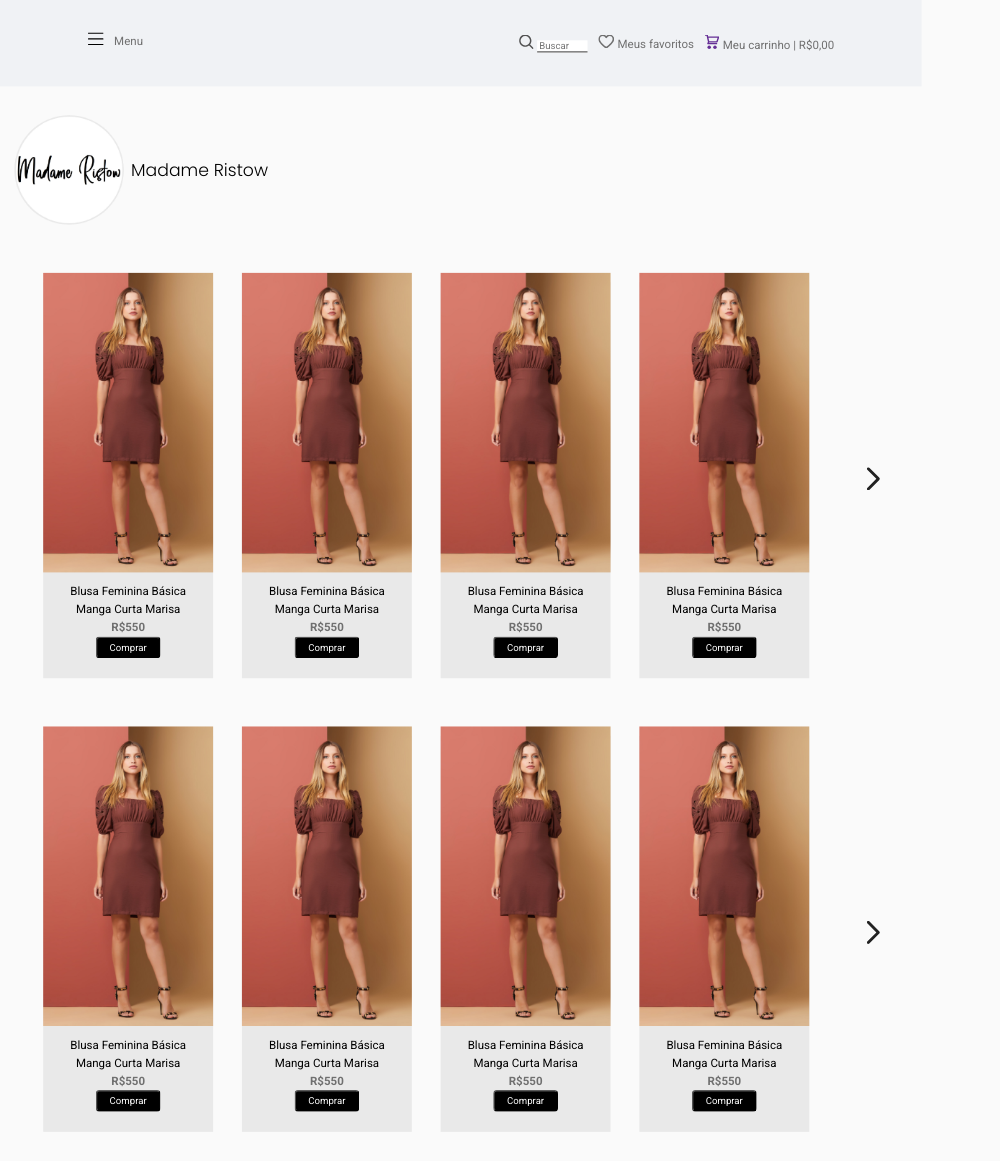
Repository: gutobarbosa/FrontEndLojaVirtual
Page: /
These files come from the project's save history. The page is drawn as it stood at one moment and after the next save; the edit follows.
The browser window is 1280 px wide. The page is 1280 px wide, then 1389 px, so the pictures cover 1389 px, including what lies to the right of the window. The pictures show the whole page, at 72% of full size.
The project was rebuilt for these pictures with package versions that can differ from the ones it lists, and the page was loaded fresh each time. Also part of the build but not shown: src/pages/Repository/styles.ts, src/services/api.ts, src/pages/Repository/index.tsx.

Above is the page before, as saved 2020-11-21 15:21:02.

### public/index.html
<!DOCTYPE html>
<html lang="en">
  <head>
    <meta charset="utf-8" />
    <meta name="viewport" content="width=device-width, initial-scale=1" />
    <meta name="theme-color" content="#000000" />

    <title></title>
    <link href="https://fonts.googleapis.com/css2?family=Roboto:wght@400;700&display=swap" rel="stylesheet">
    <link rel="preconnect" href="https://fonts.gstatic.com">
    <link rel="preconnect" href="https://fonts.gstatic.com">
<link href="https://fonts.googleapis.com/css2?family=Poppins:ital,wght@0,300;0,400;1,200&display=swap" rel="stylesheet">
</head>
  <body>
    <noscript>You need to enable JavaScript to run this app.</noscript>
    <div id="root"></div>

  </body>
</html>

### src/App.tsx
import React from 'react';
import { BrowserRouter as Router } from 'react-router-dom';

import Routes from './routes';

import GlobalStyle from '../src/styles/global';

const App: React.FC = () => (
  <>
    <GlobalStyle />
    <Router>
      <Routes />
    </Router>
  </>
);

export default App;

### src/routes/index.tsx
import React from 'react';
import {Switch, Route} from 'react-router-dom';

import Dashboard from '../pages/Dashboard';
import Repository from '../pages/Repository';

// rota da url, nesse caso a nossa rota atual é a raiz então vai apenas a / e o componente é que sera acessado através desse endereço url
const Routes: React.FC = () =>{
    return (
        <Switch>
            <Route path="/" exact component={Dashboard} />
            <Route path="/repositories/:repository+" component={Repository} />
        </Switch>
    );
}

export default Routes;

### src/styles/global.ts
import { createGlobalStyle } from 'styled-components';

export default createGlobalStyle`
  * {
    margin: 0;
    padding: 0;
    outline: 0;
    box-sizing: border-box;
  }

  body {
    background: #FAFAFA ;
    -webkit-font-smoothing: antialiased

  }

  body, input, button {
    font-family: 'Roboto', sans-serif;
    max-width: 1500vw;
  }

  button {
    cursor: pointer;
  }
`;

### src/pages/Dashboard/index.tsx
/* eslint-disable no-undef */

import React from "react";
import { Container, ContainerProducts } from "./styles";
import lefticon from '../../assets/avatar 152 x 152px.png';
import productimage from '../../assets/image-product.png';
import arrownext from '../../assets/arrowNext.svg';
import iconheart from '../../assets/iconHeart.svg';

import Header from '../../components/Header';

//import { Container, CardContainer, Card, TableContainer } from './styles';

const Dashboard: React.FC = () => {

  return (
    <>
    <Header/>
    <Container>
    <img src={lefticon} alt="Hamburguer" />
    <h3>Madame Ristow</h3>
    </Container>
    <ContainerProducts>
        <div className="productBox">
            <div className="productImage">
            <img src={productimage} alt="Product" />
            </div>
            <div className="productinformation">
            <p>Blusa Feminina Básica Manga Curta Marisa<br/></p>
                <p className ="bold">R$550 <br/></p>
                <div className="buttonBuy">
                    <button>Comprar</button>
                </div>
            </div>
        </div>
        <div className="productBox">
            <div className="productImage">
            <img src={productimage} alt="Product" />
            </div>
            <div className="productinformation">
            <p>Blusa Feminina Básica Manga Curta Marisa<br/></p>
                <p className ="bold">R$550 <br/></p>
                <div className="buttonBuy">
                    <button>Comprar</button>
                </div>
            </div>
        </div>
        <div className="productBox">
            <div className="productImage">
            <img src={productimage} alt="Product" />
            </div>
            <div className="productinformation">
            <p>Blusa Feminina Básica Manga Curta Marisa<br/></p>
                <p className ="bold">R$550 <br/></p>
                <div className="buttonBuy">
                    <button>Comprar</button>
                </div>
            </div>
        </div>
        <div className="productBox">
            <div className="productImage">
            <div>
            <img src={productimage} alt="Product" />
            </div>

            </div>
            <div className="productinformation">
                <p>Blusa Feminina Básica Manga Curta Marisa<br/></p>
                <p className ="bold">R$550 <br/></p>
                <div className="buttonBuy">
                    <button>Comprar</button>
                </div>
            </div>
        </div>
        <div className="arrowNext">
            <img src={arrownext} alt="arrownext" />
        </div>
    </ContainerProducts>
    <ContainerProducts>
        <div className="productBox">
            <div className="productImage">
            <img src={productimage} alt="Product" />
            </div>
            <div className="productinformation">
            <p>Blusa Feminina Básica Manga Curta Marisa<br/></p>
                <p className ="bold">R$550 <br/></p>
                <div className="buttonBuy">
                    <button>Comprar</button>
                </div>
            </div>
        </div>
        <div className="productBox">
            <div className="productImage">
            <img src={productimage} alt="Product" />
            </div>
            <div className="productinformation">
            <p>Blusa Feminina Básica Manga Curta Marisa<br/></p>
                <p className ="bold">R$550 <br/></p>
                <div className="buttonBuy">
                    <button>Comprar</button>
                </div>
            </div>
        </div>
        <div className="productBox">
            <div className="productImage">
            <img src={productimage} alt="Product" />
            </div>
            <div className="productinformation">
            <p>Blusa Feminina Básica Manga Curta Marisa<br/></p>
                <p className ="bold">R$550 <br/></p>
                <div className="buttonBuy">
                    <button>Comprar</button>
                </div>
            </div>
        </div>
        <div className="productBox">
            <div className="productImage">
            <div>
            <img src={productimage} alt="Product" />
            </div>

            </div>
            <div className="productinformation">
                <p>Blusa Feminina Básica Manga Curta Marisa<br/></p>
                <p className ="bold">R$550 <br/></p>
                <div className="buttonBuy">
                    <button>Comprar</button>
                </div>
            </div>
        </div>
        <div className="arrowNext">
            <img src={arrownext} alt="arrownext" />
        </div>
    </ContainerProducts>
    </>
  );
};

export default Dashboard;

### src/pages/Dashboard/styles.ts
import styled from 'styled-components';
/*
interface CardProps {
  total?: boolean;
}*/

export const Container = styled.div`
  width: 100%;
  max-width: 1600px;
  margin: 0 auto;
  padding: 40px 20px;
  display: flex;
  align-items: center;


    img {
        justify-content: flex-start;
    }

    h3 {
        color: black;
        margin-left: 10px;
        font-family: 'Poppins', sans-serif;
        font-size: 24px;
        font-weight: 300;
    }
`;
export const ContainerProducts = styled.div`
width: 100%;
max-width: 1600px;
margin: 0 auto;
padding: 40px 20px;
display: flex;
align-items: center;

    .productBox {
        width: 236px;
        height: 550px;
        margin-left: 40px;
        background: #E9E9E9;
    }
    .productinformation {
        max-width: 250px;
        max-height: 150px;
    }
    .productImage{
        max-width: 236px;
        max-height: 416px;
    }
    .productImage img {
        width: 100%;
        height: 416px;
        margin-top: -13px;
    }

    .arrowNext {
        margin-left: 80px;
    }
    .productinformation{
        width: 200px;
        size: 20px;
        justify-content: center;
        margin: 0 auto;
        margin-top: 10px;
    }
    .productinformation p{
        text-align: center;
        line-height: 25px;
    }
    .buttonBuy {
        width: 100%;
        margin: 0 auto;
        text-align: center;
    }
    .productinformation button{
        background: black;
        color: white;
        width: 90px;
        height: 30px;
        border-radius: 5px;
        cursor: pointer;
    }

    .bold{
        color: #707070;
        font-weight: bold;
    }

`;

### src/components/Header/index.tsx
import React from 'react';

//import { Link } from 'react-router-dom';
import hamburguerBars from '../../assets/hamburguer.svg';
import searchicon from '../../assets/searchIcon.svg';
import favoriteicon from '../../assets/favoriteIcon.svg';
import mycaricon from '../../assets/mycarIcon.svg'
import { Container, ContainerHeader, ContentLeft, ContentRight } from '../Header/styles';




const Header: React.FC = () => (
  <Container>
    <ContainerHeader>
    <header>
      <ContentLeft>
        <div className="menuTotal">
          <img src={hamburguerBars} alt="Hamburguer" />
          <span className="menu">Menu</span>
        </div>
      </ContentLeft>
      <ContentRight>
        <div className="searchTotal">
          <img src={searchicon} alt="Hamburguer" />
          <input placeholder=" Buscar" type="text"/>
        </div>
        <div className="favoritesTotal">
          <img src={favoriteicon} alt="Favorite" />
          <span>Meus favoritos</span>
        </div>
        <div className="MycarTotal">
          <img src={mycaricon} alt="Mycar" />
          <span>Meu carrinho | R$0,00</span>
        </div>
      </ContentRight>
    </header>
    </ContainerHeader>
  </Container>
);

export default Header;

### src/components/Header/styles.ts
import styled from 'styled-components';
/*
interface ContainerProps {
  size?: 'small' | 'large';
}*/

export const Container = styled.div`
  background: #F0F2F5;
  padding: 30px;
  width: 100%;

  header {
    height: 60px;
    margin: 0 auto;
    display: flex;
    align-items: center;
    justify-content: space-between;
  }

  span {
    color: #707070;
    text-align: left;
    opacity: 1;
    margin-left: 25px;
    cursor: pointer;
  }
  .menu{
    margin-left: 10px;

  }
  input {
    border-left: 0px solid black;
    border-right: 0px solid black;
    border-top: 0px solid black;
    width: 70px;
  }

   img {
    margin-right: 5px;
   }

   .menuTotal{
     width:100px;
     height:30px;
     cursor:pointer;
   }

   .menuTotal:hover{
    opacity: 0.5;
  }
`;

export const ContainerHeader = styled.div`
width: 85%;
margin: 0 auto;
`;


export const ContentLeft = styled.div`

`;

export const ContentRight = styled.div`
  display: flex;
  margin-left: 20px;
  .favoritesTotal img {
        margin-right: -20px;
        margin-left: 15px
    }

    .favoritesTotal:hover{
        cursor:pointer;
        opacity: 0.7;
    }

    .MycarTotal img {
        margin-right: -20px;
        margin-left: 15px
    }

    .MycarTotal:hover{
        cursor:pointer;
        opacity: 0.7;
    }


`;

Loaded but not shown: src/index.tsx (common file)

After the next save:
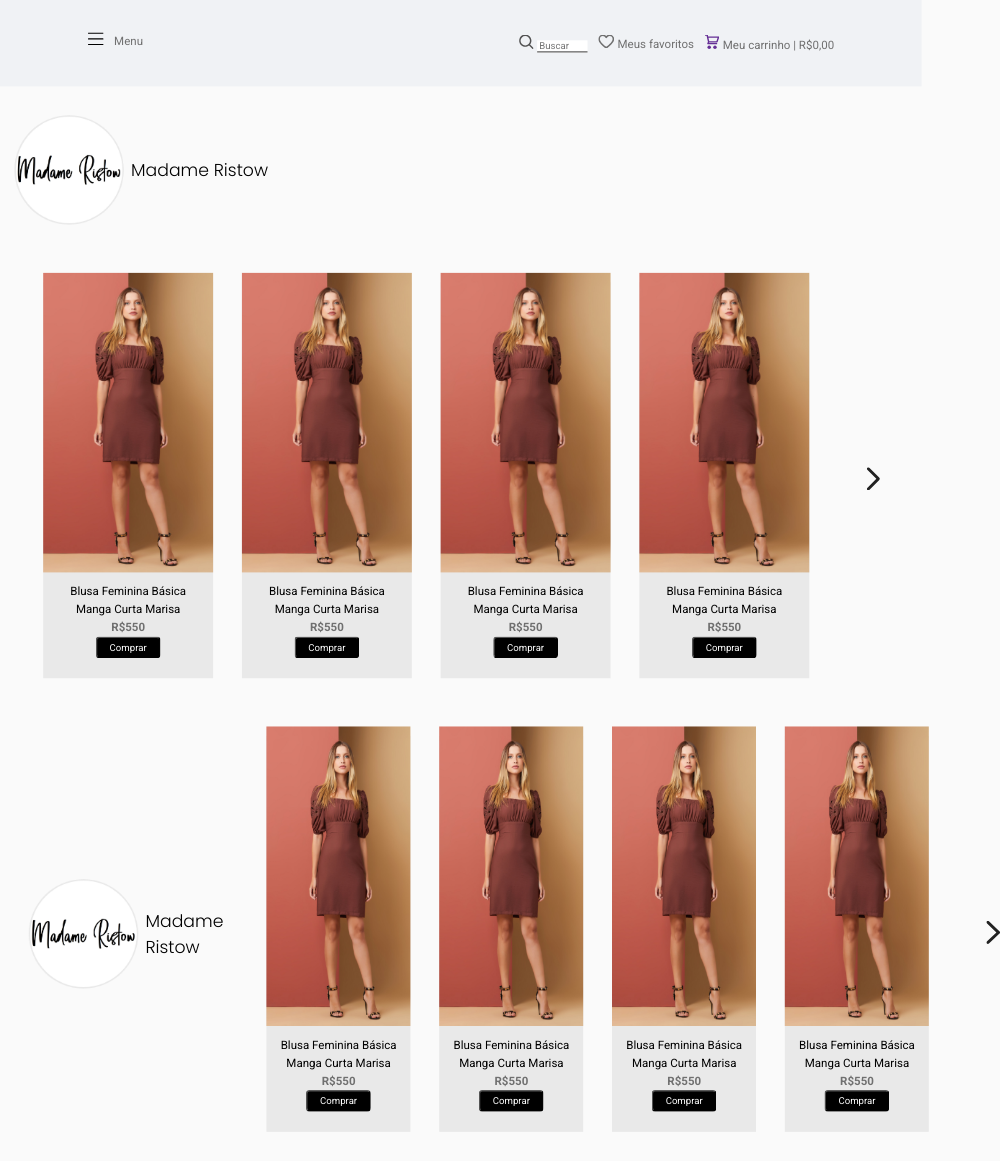
Saved 2 min 11 s later.
--- a/src/pages/Dashboard/index.tsx
+++ b/src/pages/Dashboard/index.tsx
@@ -77,6 +77,10 @@ const Dashboard: React.FC = () => {
         </div>
     </ContainerProducts>
     <ContainerProducts>
+        <Container>
+        <img src={lefticon} alt="Hamburguer" />
+        <h3>Madame Ristow</h3>
+        </Container>
         <div className="productBox">
             <div className="productImage">
             <img src={productimage} alt="Product" />
